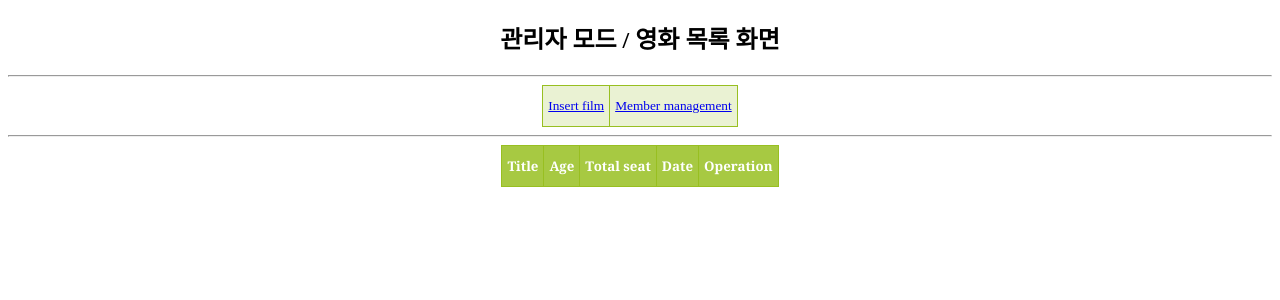
Repository: lmcoa15/Movie
Page: http://localhost/movie/admin/admin_mode.jsp
An editor plug-in stored every save of this project. The page is shown before and after the next save, followed by the edit.
The browser window is 1280 px wide. The pictures show the whole page.
The page is served by Tomcat 9. Other server files are loaded and not shown.

Above is the page before, as saved 2015-12-07 06:44:42.

### workspace/movie/WebContent/admin/admin_mode.jsp
<%@ page language="java" pageEncoding="UTF-8" contentType="text/html; charset=UTF-8"
 import="java.util.*,movie.admin.*"%>

<jsp:useBean id="datas" scope="request" class="java.util.ArrayList" />
<jsp:setProperty name="datas" property="*" />
<!DOCTYPE html PUBLIC "-//W3C//DTD HTML 4.01 Transitional//EN" "http://www.w3.org/TR/html4/loose.dtd">

<html>
<head>
<link rel="stylesheet" href="../css/movie_list_css.css" type="text/css" media="screen" />
<meta http-equiv="Content-Type" content="text/html; charset=UTF-8">
<title>상영 영화 리스트</title>
</head>
<body>

<div align="center">
<h2> 관리자 모드 / 영화 목록 화면 </h2>
<hr>
<form>
<table border="1">
<tr><td><a href="admin_Insert_film.jsp">Insert film</a> </td>
<td><a href="admin_Member_management.jsp">Member management</a></td></tr>
</table>
</form>

<hr>
<form name=form1 method=post  action=film_control.jsp>


<table border="1">
	<tr><th>Title</th><th>Age</th>
	<th>Total seat</th><th>Date</th>
	<th>Operation</th>
	</tr>

	<%
		//String id
		for(film ab:(ArrayList<film>) datas){
	%>
	<tr>
	<td><%=ab.getName_film() %></td>
	<td><%=ab.getAge_phase() %></td>
	<td><%=ab.getSeat_num() %></td>
	<td><%=ab.getWatch_date() %></td>

	<input type=hidden name="action" value="delete">
 	<td><input type=Submit name="id_film" value="<%=ab.getId_film() %>"></td>

	</tr>
	<%
		}
	%>
</table>
</form>
</div>


</body>
</html>

### workspace/movie/WebContent/css/movie_list_css.css
@charset "utf-8";

table{
		width:auto;
		border-collapse:collapse;
		text-align:center;
}

td,th{
		font-size:10pt;
		border:1px solid #98bf21;
		height:30px;
		padding:5px;
}

th{
		background-color:#A7C942;
		color:#ffffff;
		font-family:Georgia;
}

tr td{
		color:#000000;
		background-color:#EAF2D3;
}
input {
		height:25px;
		width:200px;
}
input [type="submit"],[type="reset"],[type="button"]{
	height:25px;
	width:80px;
}

After the next save:
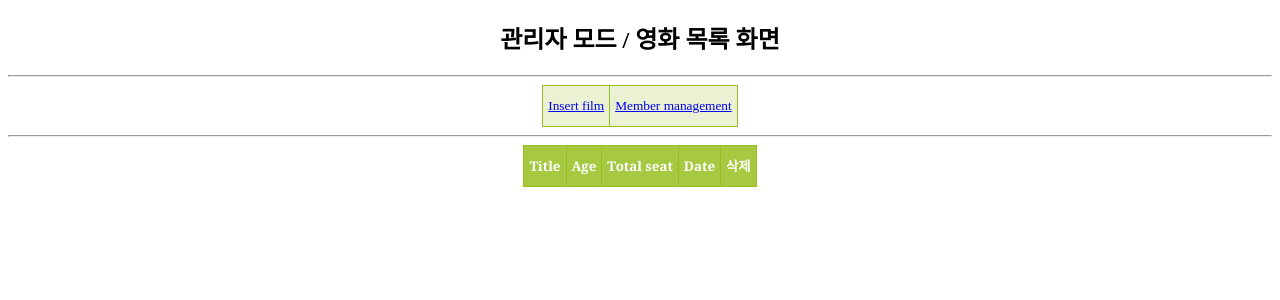
Saved 15 s later.
--- a/workspace/movie/WebContent/admin/admin_mode.jsp
+++ b/workspace/movie/WebContent/admin/admin_mode.jsp
@@ -30,7 +30,7 @@
 <table border="1">
 	<tr><th>Title</th><th>Age</th>
 	<th>Total seat</th><th>Date</th>
-	<th>Operation</th>
+	<th>삭제</th>
 	</tr>
 
 	<%
